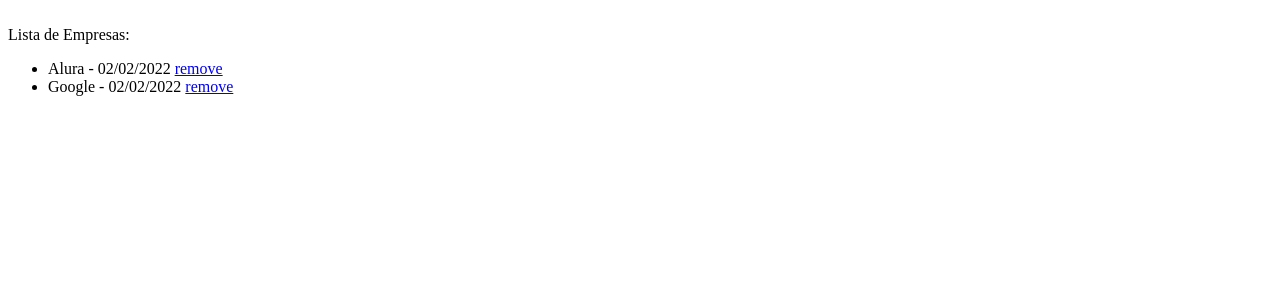
Repository: RafaelSK7/java_servlet_alura
Page: http://localhost/gerenciador/listaEmpresas
These files come from the project's save history. The page is drawn as it stood at one moment and after a run of saves; the edit follows.
The browser window is 1280 px wide. The pictures show the whole page.
The page is served by Tomcat 9.

Above is the page before, as saved 2022-05-20 19:18:47.

After the next 2 saves:
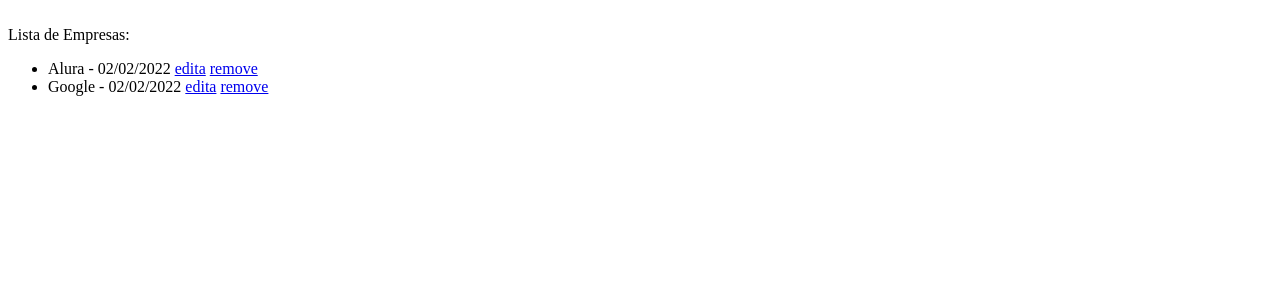
The 2 saves are shown as one change because they came seconds apart.
The last was saved 3 days later.
--- a/gerenciador/WebContent/listaEmpresas.jsp
+++ b/gerenciador/WebContent/listaEmpresas.jsp
@@ -15,6 +15,7 @@
 		<c:forEach items="${empresas}" var="empresa">
 			<li>
 			${empresa.nome} - <fmt:formatDate value="${empresa.dataAbertura}" pattern="dd/MM/yyyy"/>
+			<a href="/gerenciador/mostraEmpresa?id=${empresa.id}">edita</a>
 			<a href="/gerenciador/removeEmpresa?id=${empresa.id}">remove</a>
 			</li>
 
